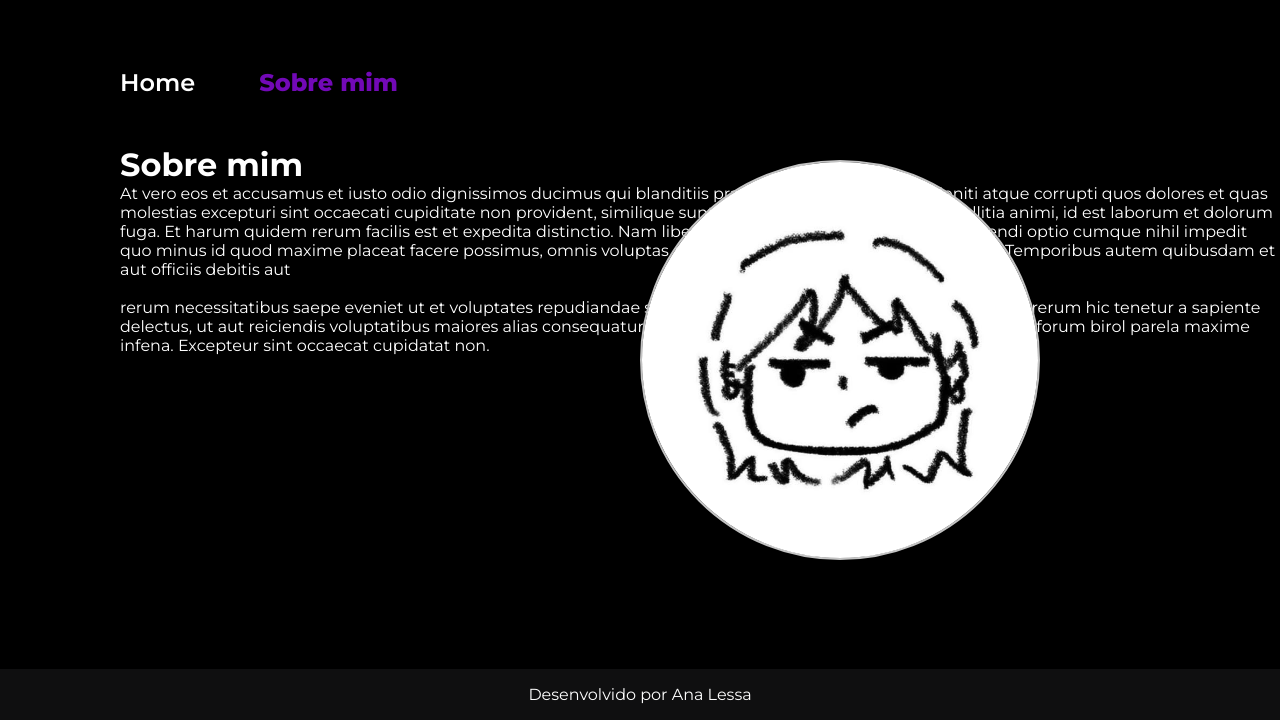
Repository: analessp/portfolio-developer
Page: about-me.html
The author's editor kept a copy of each file at every save. The page is drawn from the files as they stood at one save, then again after the next save.
The browser window is 1280 px wide. The pictures show the whole page.

Above is the page before, as saved 2025-04-24 11:52:37.

After the next save:
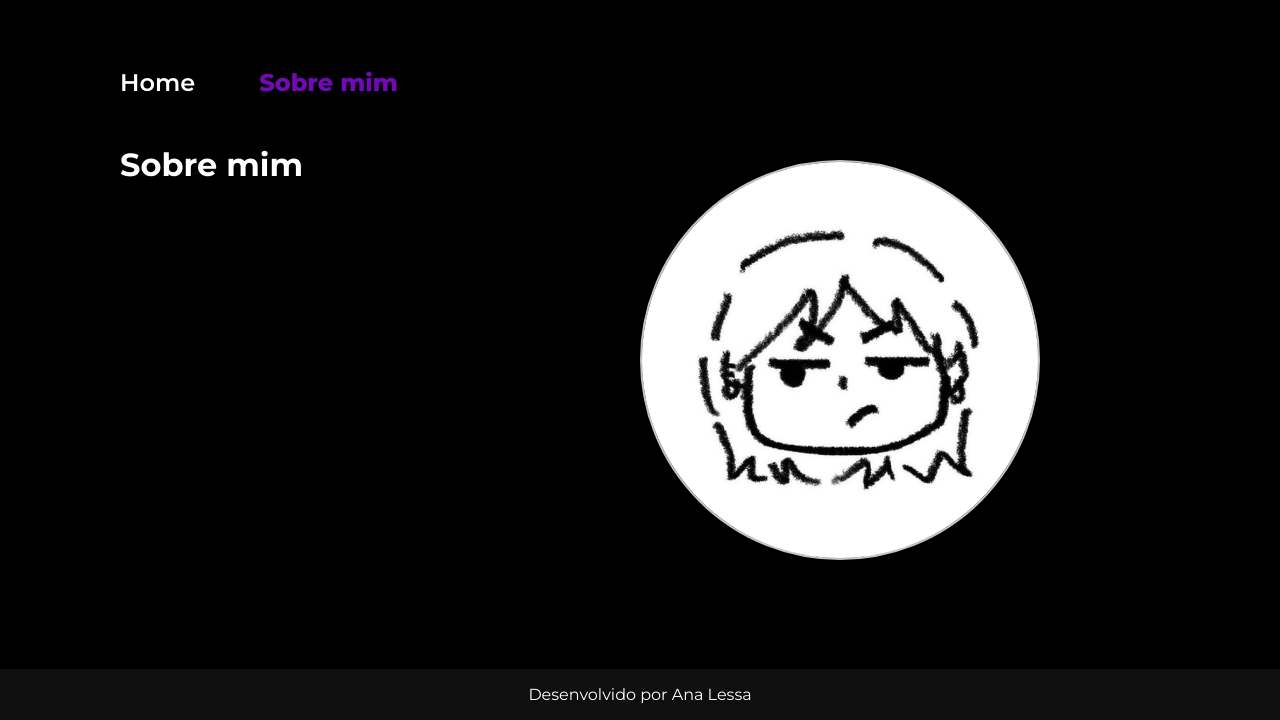
Saved 95 s later.
--- a/about-me.html
+++ b/about-me.html
@@ -22,7 +22,7 @@
     <main>
         <div class="about-me">
             <h1>Sobre mim</h1>
-            <p>At vero eos et accusamus et iusto odio dignissimos ducimus qui blanditiis praesentium voluptatum deleniti atque corrupti quos dolores et quas molestias excepturi sint occaecati cupiditate non provident, similique sunt in culpa qui officia deserunt mollitia animi, id est laborum et dolorum fuga. Et harum quidem rerum facilis est et expedita distinctio. Nam libero tempore, cum soluta nobis est eligendi optio cumque nihil impedit quo minus id quod maxime placeat facere possimus, omnis voluptas assumenda est, omnis dolor repellendus. Temporibus autem quibusdam et aut officiis debitis aut<br><br>rerum necessitatibus saepe eveniet ut et voluptates repudiandae sint et molestiae non recusandae. Itaque earum rerum hic tenetur a sapiente delectus, ut aut reiciendis voluptatibus maiores alias consequatur aut perferendis doloribus asperiores ipsum delis forum birol parela maxime infena. Excepteur sint occaecat cupidatat non.</p>
+            <p></p>
         </div>
         <img src="/assets/avatar.jfif" alt="Avatar de Ana Lessa" class="logo">
     </main>
